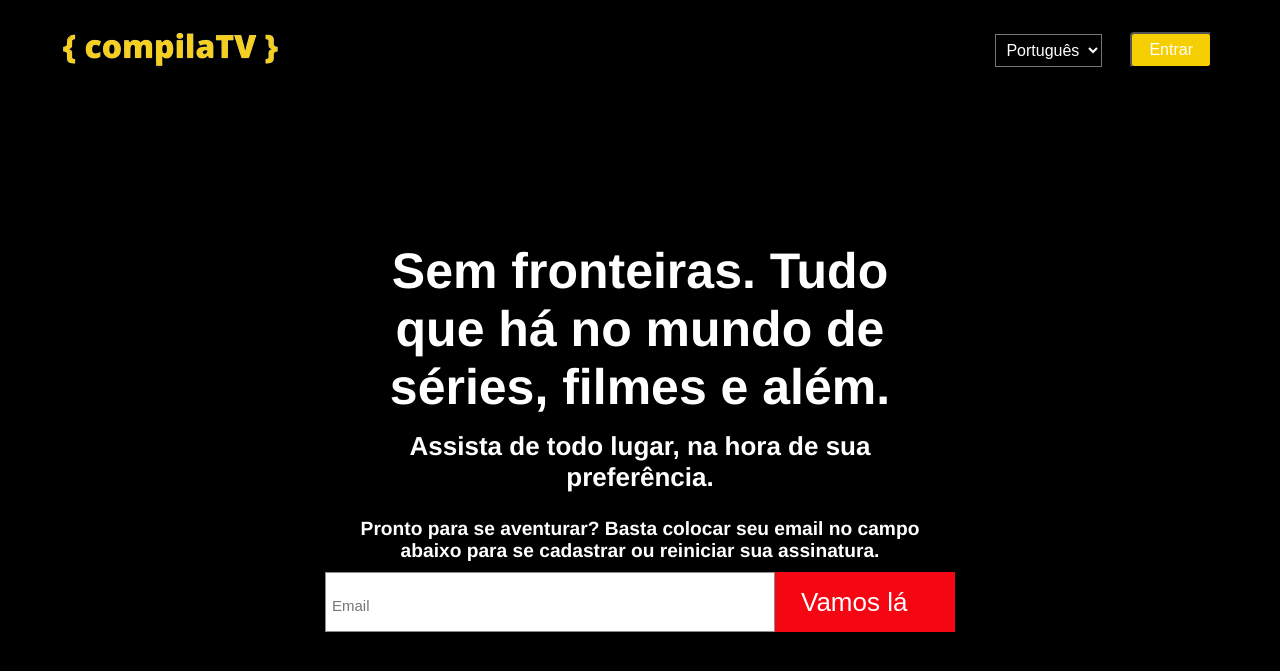
Repository: Wo1verine45/tcclets
Page: /
An editor plug-in stored every save of this project. The page is shown before and after the next save, followed by the edit.
The browser window is 1280 px wide. The pictures show the whole page.
The project was rebuilt for these pictures with package versions that can differ from the ones it lists, and the page was loaded fresh each time. Also part of the build but not shown: src/pages/Main/homescreen.css, src/components/Input/index.js, src/pages/Login/Login.js.

Above is the page before, as saved 2021-10-22 18:38:24.

### public/index.html
<!DOCTYPE html>
<html lang="en">

<head>
  <meta charset="utf-8" />
  <link rel="icon" href="%PUBLIC_URL%/favicon.ico" />
  <meta name="viewport" content="width=device-width, initial-scale=1" />
  <meta name="theme-color" content="#000000" />
  <meta name="description" content="Web site created using create-react-app" />
  <link rel="stylesheet" href="https://cdnjs.cloudflare.com/ajax/libs/font-awesome/6.0.0-beta2/css/all.min.css">
  <link rel="text/css" href="https://codex.nflxext.com/%5E3.0.0/truthBundle/webui/1.22.5-shakti-css-vfb243f62/css/css/less%7Ccore%7Cerror-page.less/1/btzvF4DuBgayCE/none/true/none">
  <title>LETSFLIX</title>
</head>

<body>
  <noscript>You need to enable JavaScript to run this app.</noscript>
  <div id="root"></div>
</body>

</html>

### src/App.js
import React, { useState } from 'react';
import './App.css'
import { TranslateContext } from './contexts';
import { translateHelper } from './helpers/translate';
import { BrowserRouter as Router } from 'react-router-dom'
import Routes from './routes/routes';

function App () {

  const [language, setLanguage] = useState('portuguese')

  function translate(textId) {
    return translateHelper(textId, language)
  }

  return (
    <div className="page">
      <Router>
        <TranslateContext.Provider value={{language, setLanguage, translate}}>
          <Routes />
        </TranslateContext.Provider>
      </Router>
    </div>
  )
}


/*
commit1: adicionei o Title component, que recebe children e diferentes tamanhos como props, para múltiplos usos ao longo do projeto, primeiro
componente da pasta homeScreen que já padronizei o seu css. Também adicionei o App.css para mudar o background-color do site. (Pedro)
-----
commit2: adicionei o Button component, que recebe children e dois diferentes tamanhos, segundo componente da pasta homeScreen que já padronizei o
seu css. (Pedro)
-----
commit3: adicionei o DropdownMenu component, que recebe id que vai ser usado como id e name, recebe o initialValue que é o valor padrão, recebe
options que é uma lista com objetos dentro, cada objeto tem label e value que são o children e o valor respectivamente, por último recebe o
setLanguage, a função pra mudar o estado. Para adicionar mais línguas é só adicionar mais objetos na lista options. Junto com esse component que
usei para o cliente selecionar a língua, tem a função translate que serve para traduzir cada parte do site, que tem que adicionar a tradução para
cada coisa nova colocada no site
*/

{/*
  const [movieList, setMovieList] = useState([]);

  useEffect (() => {
    const LoadList = async () => {
      //Pegando toda a lista
      let list = await InfoBase.getHomeList();
      setMovieList(list);
    }

    LoadList();
  }, [])
  */}

{//<section className="lists">
        //{/*O Map ira iterar sobre a lista, criando um loop e fazendo sempre que houver informações*/}
        //{movieList.map((item, key) => (

          /* O Componente Movie ira receber duas props, o title, e o items, que e a requisição com o await*/
          //<Movies key={key} title={item.title} items={item.items}/>
        //))}
      //</section>
      //<Header />
      //<footer>
        //Aqui vai as informações referente ao projeto
      //</footer>
    //</div>
  //);
}
{/*<DropdownMenu id='language' initialValue={language} options={[
        {
          label: 'Português',
          value: 'portuguese'
        },
        {
          label: 'English',
          value: 'english'
        }
      ]} setLanguage={setLanguage}/>
      <Title size={1}>{translate('welcome_message')}</Title>
    </div>
    )*/}
{/*
    <Input size={1} type='email' id='email' placeholder='Email'/>
    <Input size={2} type='text' id='name' placeholder='Name'/>
    <Input size={3} type='password' id='password' placeholder='Password'/>
    <Button onClick={null} size={1}>Vamos lá</Button>
    */}

export default App;

### src/App.css
@import url('https://fonts.googleapis.com/css2?family=Roboto:wght@400;700&display=swap');
* {
    box-sizing: border-box;
}

body {
    background: #000;
    color: #fff;
    font-family:'Roboto', sans-serif;
}

.HomeScreenHeader{
    display: flex;
    width: 100%;
}

.Head{
    display: flex;
    flex-direction: row-reverse;
    width: 100%;
    align-items: center;
    margin-right: 60px;
    margin-top: 20px;
    margin-bottom: 20px;
}

.Logo{
    margin-top: 20px;
    margin-bottom: 20px;
}

.HomeScreenMain{
    display: flex;
    flex-direction: column;
    align-items: center;
    text-align: center;
    margin-right: 350px;
    margin-left: 350px;
    margin-top: 150px;
}

.Login-box{
    margin-top: 40px;
    margin-left: 525px;
    margin-right: 546px;
    padding: 0px;
    background-color: #141414;
}

.show_button{
    /*cima, direita, baixo, esquerda*/
    margin: 0px 0px 25px 66px;
    cursor: pointer;
}

.first_time{
    margin-left: 66px;
    padding-bottom: 100px;
}

mark{
    background-color: #141414;
    color: blue;
}

### src/contexts/index.js
import { createContext } from "react";

export const TranslateContext = createContext()

### src/helpers/translate.js
export function translateHelper(textId, language) {
  if (language === 'english') {
    if (textId === 'welcome_message') {
      return 'Welcome'
    } else if (textId === 'sign_in') {
      return 'Sign In'
    } else if (textId === 'main_title') {
      return 'Borderless. Everything in the world of series, movies and beyond.'
    } else if (textId === 'subtitle') {
      return 'Watch it from anywhere, at the time of your choice.'
    } else if (textId === 'signin_label') {
      return 'Ready to venture out? Just enter your email in the field below to register or reset your subscription.'
    } else if (textId === 'signup-bottom') {
      return 'Get Started'
    } else if (textId === 'login-input') {
      return 'Email or phone number'
    } else if (textId === 'password') {
      return 'Password'
    } else if (textId === 'show') {
      return 'Show'
    } else if (textId === 'hide') {
      return 'Hide'
    } else if (textId === 'first_time') {
      return 'First time here?'
    } else if (textId === 'sigmudn_freud') {
      return 'Register now'
    }
  } else if (language === 'portuguese') {
    if (textId === 'welcome_message') {
      return 'Bem-Vindo'
    } else if (textId === 'sign_in') {
      return 'Entrar'
    } else if (textId === 'main_title') {
      return 'Sem fronteiras. Tudo que há no mundo de séries, filmes e além.'
    } else if (textId === 'subtitle') {
      return 'Assista de todo lugar, na hora de sua preferência.'
    } else if (textId === 'signin_label') {
      return 'Pronto para se aventurar? Basta colocar seu email no campo abaixo para se cadastrar ou reiniciar sua assinatura.'
    } else if (textId === 'signup-bottom') {
      return 'Vamos lá'
    } else if (textId === 'login-input') {
      return 'Email ou número de telefone'
    } else if (textId === 'password') {
      return 'Senha'
    } else if (textId === 'show') {
      return 'Mostrar'
    } else if (textId === 'hide') {
      return 'Ocultar'
    } else if (textId === 'first_time') {
      return 'Primeira vez aqui?'
    } else if (textId === 'sigmudn_freud') {
      return 'Cadastra-se agora'
    }
  }
}

### src/routes/routes.js
import { Route, Switch } from 'react-router-dom'
import HomeScreen from '../pages/Main/homeScreen'
import Login from '../pages/Login/Login'


function Routes () {
    return (
        <Switch>
            <Route path='/'>
            <HomeScreen />
            </Route>
            <Route path='/Login' exact>
                <Login />
            </Route>
        </Switch>
    )
}

export default Routes;

### src/pages/Main/homeScreen.js
import { useContext } from "react"
import { Button } from "../../components/Button"
import { DropdownMenu } from "../../components/DropdownMenu"
import { Title } from '../../components/Title'
import { TranslateContext } from "../../contexts"
import { Registration } from "../../components/Registration/Registration"
import logo from '../../assets/logo.png'
import { Link } from 'react-router-dom'
import './homescreen.css';


function HomeScreen() {

  const { language, setLanguage, translate } = useContext(TranslateContext)

    return (
      <div className='HomeScreen'>
        <header className='HomeScreenHeader'>
          <div className='Logo'>
            <img src={logo} alt='logo'/>
          </div>
          <div className='Head'>
            <Link to='/login'>
              <Button onClick={null} size={2}>{translate('sign_in')}</Button>
            </Link>
            <DropdownMenu id='language'
            initialValue={language}
            options={
              [
            {
              label: 'Português',
              value: 'portuguese'
            },
            {
              label: 'English',
              value: 'english'
            }
              ]
            }
            onSelect={setLanguage}/>
          </div>
        </header>
        <main className='HomeScreenMain'>
          <Title size={1}>{translate('main_title')}</Title>
          <Title size={2}>{translate('subtitle')}</Title>
          <Title size={3}>{translate('signin_label')}</Title>
          <Registration />
        </main>
      </div>
  )
}

export default HomeScreen;

### src/components/DropdownMenu/index.js
export { DropdownMenu } from './DropdownMenu'

### src/components/Title/index.js
export { Title } from './Title'

### src/components/Registration/Registration.js
import { Input } from "../Input/Input";
import { Button } from "../Button/Button";
import './Registration.css'
import { useContext } from "react";
import { TranslateContext } from "../../contexts";

export function Registration() {

    const { translate } = useContext(TranslateContext)

    function handleOnSubmit(evt) {
        evt.preventDefault()

        console.log('Formulário enviado com sucesso!')
        console.log('Email:', evt.target.value)
    }

    return (
        <form className='Registration-form' onSubmit={handleOnSubmit}>
            <Input size={1} type='email' id='email' placeholder='Email'/>
            <Button onClick={null} size={1} type='submit'>{translate('signup-bottom')}</Button>
        </form>
    )
}

### src/components/Button/Button.js
import './Button.css'

export function Button ({ children, onClick, size, type }) {
    if (size === 1) {
        return (
            <button className='Button-button-1' onClick={onClick} type={type}>{children}</button>
        )
    } else if (size === 2) {
        return (
            <button className='Button-button-2' onClick={onClick} type={type}>{children}</button>
        )
    } else {
        return (
            <button className='Button-button-3' onClick={onClick} type={type}>{children}</button>
        )
    }
}

### src/components/DropdownMenu/DropdownMenu.js
import './DropdownMenu.css'

export function DropdownMenu({ id, initialValue, options, onSelect }) {

    function handleOnSelect(evt) {
        onSelect(evt.target.value)
    }

    return(
        <form className='DropdownMenu-form'>
            <select className='DropdownMenu-dropdownmenu' id={id} name={id} value={initialValue} onChange={handleOnSelect}>
                {options.map(
                    (option) => <option value={option.value}>{option.label}</option>
                )}
            </select>
        </form>
    )
}

### src/components/Title/Title.js
import './Title.css'

export function Title ({ size, children }) {
 if (size === 1) {
   return (
     <h1 className='Title-title-1'>{children}</h1>
   )
 } else if (size === 2) {
    return (
      <h2 className='Title-title-2'>{children}</h2>
    )
  } else if (size === 3) {
      return (
        <h3 className='Title-title-3'>{children}</h3>
      )
    } else {
        return (
          <h4 className='Title-title-4'>{children}</h4>
        )
      }
}

### src/components/Input/Input.js
import { useState } from "react"
import './Input.css'

export function Input({ size, type, id, placeholder }) {

    const [value, setValue] = useState('')

    function handleOnChange(evt) {
        setValue(evt.target.value)
    }

   if (size === 1) {
       return (
           <input className='Input-input-1' type={type} id={id} name={id} placeholder={placeholder} value={value} onChange={handleOnChange}/>
       )
   } else if (size === 2) {
        return (
            <input className='Input-input-2' type={type} id={id} name={id} placeholder={placeholder} value={value} onChange={handleOnChange}/>
        )
   } else {
        return (
            <input className='Input-input-3' type={type} id={id} name={id} placeholder={placeholder} value={value} onChange={handleOnChange}/>
        )
   }
}

### src/components/Registration/Registration.css
.Registration-form{
    display: flex;
}

### src/components/Button/Button.css
.Button-button-1 {
    align-items: center;
    width: 180px;
    display: inline-flex;
    flex-direction: row;
    font-size: 1.625rem;
    font-weight: 400;
    padding: 0 1em;
    background-color: #f40612;
    box-shadow: 0 1px 0 rgba(0,0,0,.45);
    color: white;
    min-height: 60px;
    line-height: initial;
    border: none;
    cursor: pointer;
    font-family: Arial, Helvetica, sans-serif;
}

.Button-button-2 {
    font-size: 16px;
    padding: 7px 17px;
    border-radius: 4px;
    background-color: rgb(246, 207, 2);
    color: white;
    cursor: pointer;
    font-family: Arial, Helvetica, sans-serif;
}

.Button-button-1:hover {
    background-color: rgb(246, 207, 102);
}

.Button-button-3 {
    font-size: 16px;
    width: 310px;
    padding: 16px;
    margin-left: 66px;
    border-radius: 4px;
    background-color: rgb(246, 207, 2);
    color: white;
    cursor: pointer;
    font-family: Arial, Helvetica, sans-serif;
}

### src/components/DropdownMenu/DropdownMenu.css
.DropdownMenu-form{
    margin-right: 28px;
}

.DropdownMenu-dropdownmenu{
    background-color: black;
    color: white;
    font-size: 16px;
    padding: 6px;
}

### src/components/Title/Title.css
.Title-title-1{
    padding: 0;
    margin: 0;
    font-family: 'Netflix Sans','Helvetica Neue',Helvetica,Arial,sans-serif;
    font-size: 50px;
    color: white;
    margin-bottom: 15px;
}

.Title-title-2{
    padding: 0;
    margin: 0;
    font-family: 'Netflix Sans','Helvetica Neue',Helvetica,Arial,sans-serif;
    font-size: 26px;
    color: white;
    margin-bottom: 25px;
}

.Title-title-3{
    padding: 0;
    margin: 0;
    font-family: 'Netflix Sans','Helvetica Neue',Helvetica,Arial,sans-serif;
    font-size: 19.2px;
    color: white;
    margin-bottom: 10px;
}

.Title-title-4{
    margin: 0;
    font-family: 'Netflix Sans','Helvetica Neue',Helvetica,Arial,sans-serif;
    color: white;
    font-size: 32px;
    /*cima, direita, baixo, esquerda*/
    padding: 66px 66px 28px 66px;
}

### src/components/Input/Input.css
.Input-input-1{
    /*cima, direita, baixo, esquerda*/
    padding: 26px 10px 20px 6px;
    min-width: 450px;
    height: 60px !important;
    font-size: 15px;
    border: solid 1px #8c8c8c
}

.Input-input-2{
    /*cima, direita, baixo, esquerda*/
    padding: 12px 10px;
    margin-left: 66px;
    margin-bottom: 15px;
    width: 310px;
    font-size: 15px;
    border-radius: 4px;
    background-color: #141414;
}

Loaded but not shown: src/index.js (common file); src/components/Button/index.js (common file); src/pages/Main/homescreen.css (no copy from this time; the picture is the same without it)

After the next save:
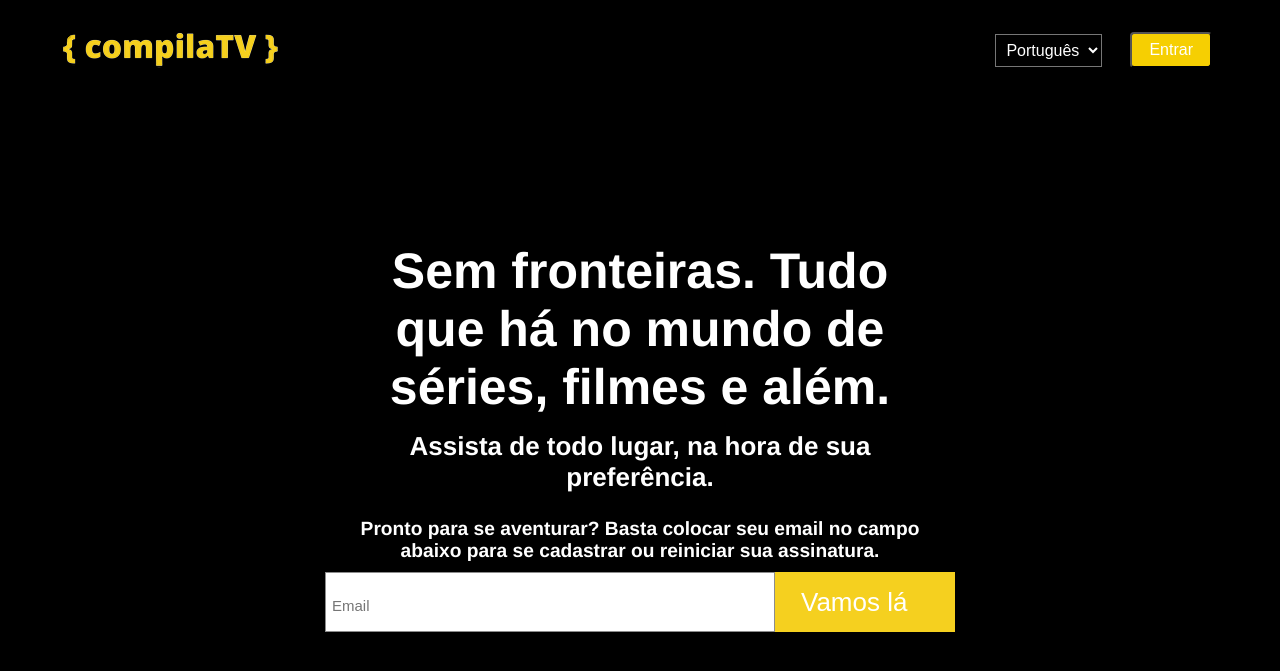
Saved 4 min 55 s later.
--- a/src/components/Button/Button.css
+++ b/src/components/Button/Button.css
@@ -6,7 +6,7 @@
     font-size: 1.625rem;
     font-weight: 400;
     padding: 0 1em;
-    background-color: #f40612;
+    background: rgb(245, 208, 31) none repeat scroll 0% 0% !important;
     box-shadow: 0 1px 0 rgba(0,0,0,.45);
     color: white;
     min-height: 60px;
